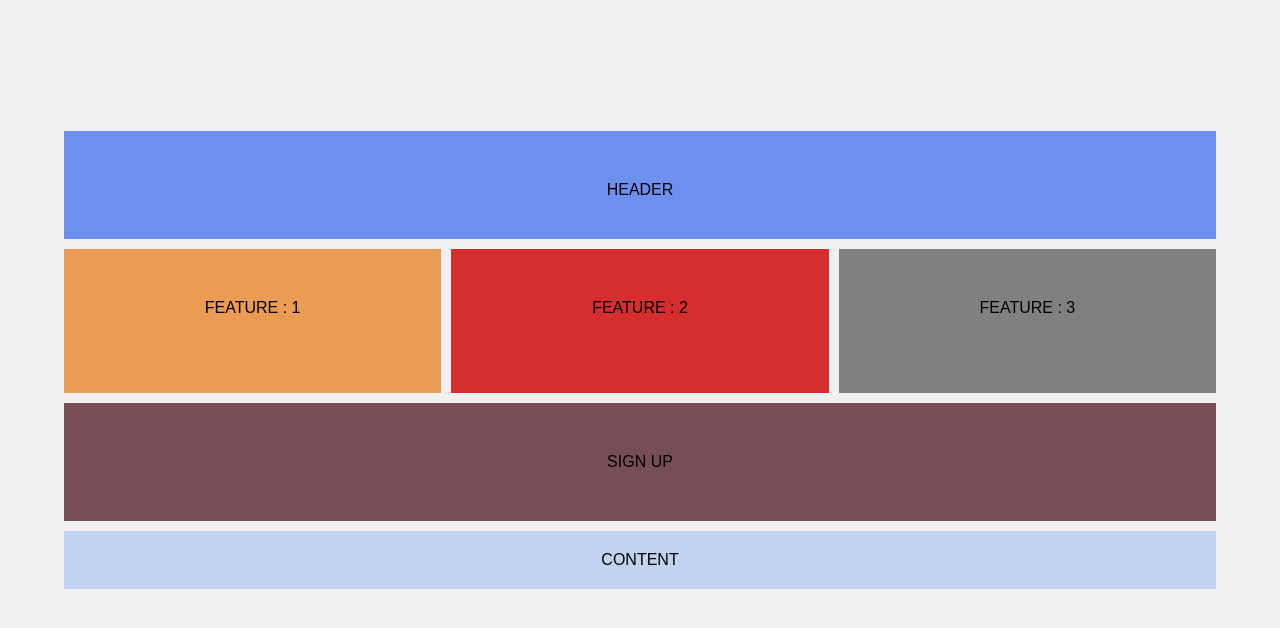
Repository: viveknaidu007/repo-152-FSD-InnomaticsTasksSep2024
Page: task_3/index.html
The author's editor kept a copy of each file at every save. The page is drawn from the files as they stood at one save, then again after the next save.
The browser window is 1280 px wide. The pictures show the whole page.

Above is the page before, as saved 2024-10-02 11:56:47.

### task_3/index.html
<!DOCTYPE html>
<html lang="en">
<head>
  <meta charset="UTF-8">
  <meta name="viewport" content="width=device-width, initial-scale=1.0">
  <title>Responsive Layout project</title>
  <link rel="stylesheet" href="styles.css">
</head>
<body>
  <div class="container">
    <header class="header">HEADER</header>
    <div class="content">CONTENT</div>
    <div class="signup">SIGN UP</div>
    <div class="feature1">FEATURE : 1</div>
    <div class="feature2">FEATURE : 2</div>
    <div class="feature3">FEATURE : 3</div>
  </div>
</body>
</html>

### task_3/styles.css
* {
    margin: 0;
    padding: 0;
    box-sizing: border-box;
  }

  body {
    font-family: Arial, sans-serif;
    display: flex;
    justify-content: center;
    align-items: center;
    height: 100vh;
    background-color: #f0f0f0;
  }

  .header {
    grid-area: header;
    background-color: rgba(44, 95, 237, 0.667);
    text-align: center;
    padding: 50px;
    position: static;
    height: 15vh;
  }

  .content {
    grid-area: content;
    background-color: #96baf083;
    text-align: center;
    padding: 20px;
  }

  .signup {
    grid-area: signup;
    background-color: #764e54;
    text-align: center;
    padding: 50px;
    text-decoration: solid;
  }


  .feature1 {
    background-color: #ec9b55;
    height:20vh;
    text-align: center;
    padding: 50px;
  }

  .feature2 {
    background-color: #d62e2e;
    height:20vh;
    padding: 50px;
    text-align: center;
  }

  .feature3 {
    background-color: grey;
    padding: 50px;
    text-align: center;
  }


  .container {
    display: grid;
    grid-template-areas:
      "header"
      "content"
      "signup"
      "feature1"
      "feature2"
      "feature3";
    grid-template-columns: 1fr;
    gap: 10px;
    width: 90%;
    max-width: 1200px;
  }


  @media(min-width: 768px) {
    .container {
      grid-template-areas:
        "header header"
        "content content"
        "signup feature1"
        "feature2 feature3";
      grid-template-columns: 1fr 1fr;
    }
  }

  @media(min-width: 1024px) {
    .container {
      grid-template-areas:
        "header header header"
        "feature1 feature2 feature3"
        "signup signup signup"
        "content content content";
      grid-template-columns: repeat(3, 1fr);
    }
  }

After the next save:
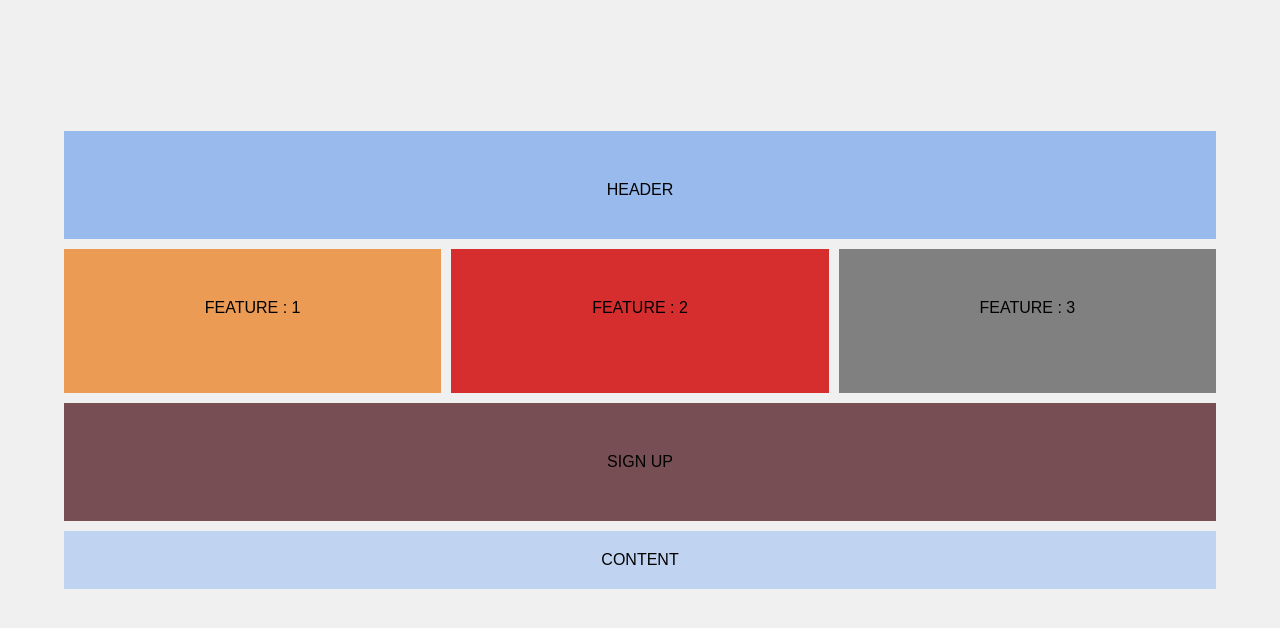
Saved 53 s later.
--- a/task_3/styles.css
+++ b/task_3/styles.css
@@ -15,7 +15,7 @@
 
   .header {
     grid-area: header;
-    background-color: rgba(44, 95, 237, 0.667);
+    background-color: #86afedd1;
     text-align: center;
     padding: 50px;
     position: static;
@@ -24,7 +24,7 @@
 
   .content {
     grid-area: content;
-    background-color: #96baf083;
+    background-color: #96baf087;
     text-align: center;
     padding: 20px;
   }
